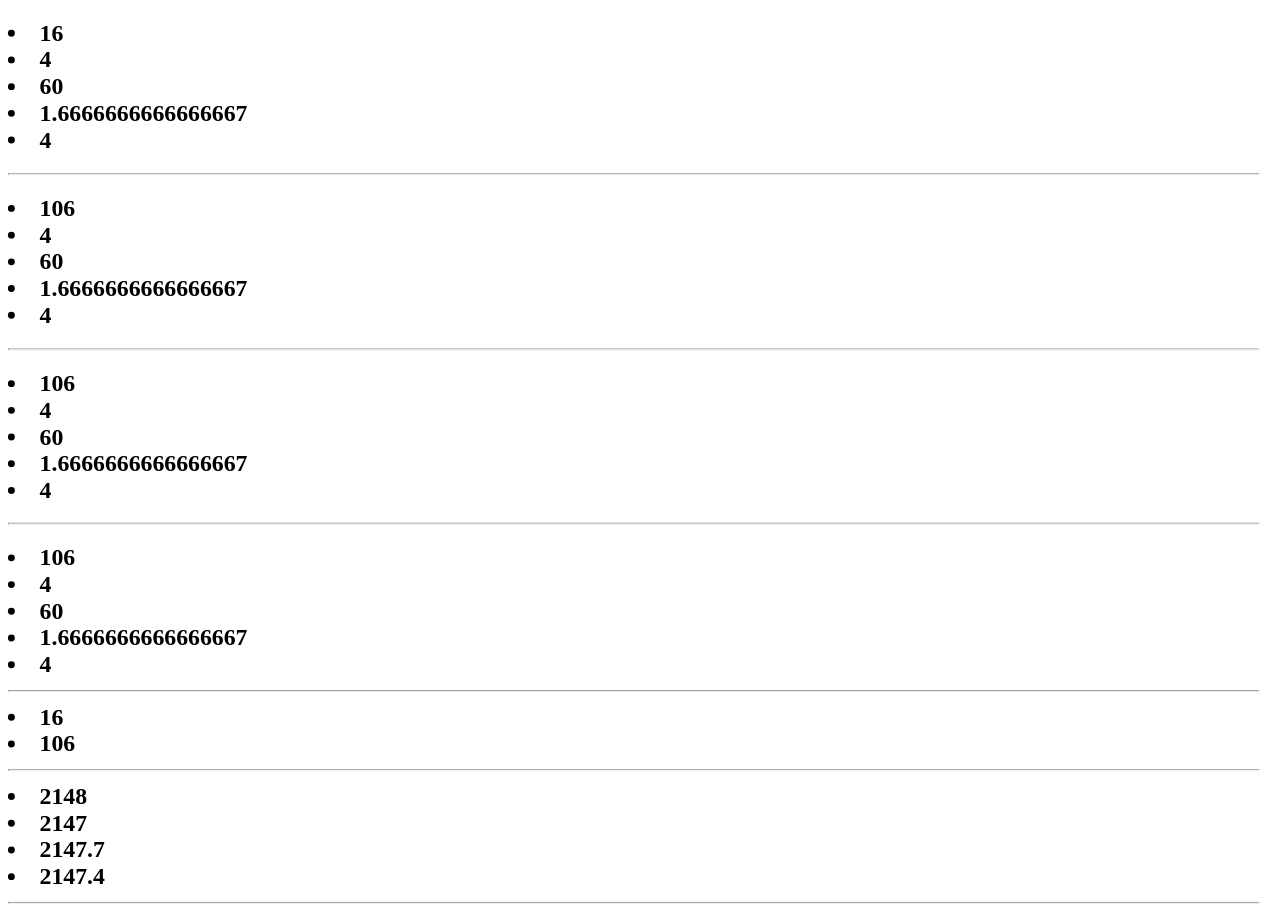
Repository: wjsjsn/23_webstudy
Page: 03_javascript/src/main/webapp/day03/Ex01_number.html
These files come from the project's save history. The page is drawn as it stood at one moment and after the next save; the edit follows.
The browser window is 1280 px wide. The pictures show the whole page, at 99% of full size.

Above is the page before, as saved 2023-06-29 01:22:37.

### 03_javascript/src/main/webapp/day03/Ex01_number.html
<!DOCTYPE html>
<html>
<head>
<meta charset="UTF-8">
<title>Number 클래스</title>
<script type="text/javascript">
	var s1 = 10;
	var s2 = 6;

	document.write("<h2>")
	document.write("<li>" + (s1 + s2) + "</li>")
	document.write("<li>" + (s1 - s2) + "</li>")
	document.write("<li>" + (s1 * s2) + "</li>")
	document.write("<li>" + (s1 / s2) + "</li>")
	document.write("<li>" + (s1 % s2) + "</li>")
	document.write("</h2>")
	document.write("<hr>")

	var s1 = "10";
	var s2 = "6";

	document.write("<h2>")
	document.write("<li>" + (s1 + s2) + "</li>")  // 계산 x, 문자 연결자
	document.write("<li>" + (s1 - s2) + "</li>")  // +를 제외한 다른 연산은 가능
	document.write("<li>" + (s1 * s2) + "</li>")
	document.write("<li>" + (s1 / s2) + "</li>")
	document.write("<li>" + (s1 % s2) + "</li>")
	document.write("</h2>")
	document.write("<hr>")

	var s1 = 10;
	var s2 = "6";

	document.write("<h2>")
	document.write("<li>" + (s1 + s2) + "</li>")  // 계산 x, 문자 연결자
	document.write("<li>" + (s1 - s2) + "</li>")  // +를 제외한 다른 연산은 가능
	document.write("<li>" + (s1 * s2) + "</li>")
	document.write("<li>" + (s1 / s2) + "</li>")
	document.write("<li>" + (s1 % s2) + "</li>")
	document.write("</h2>")
	document.write("<hr>")

	var s1 = "10";
	var s2 = 6;

	document.write("<h2>")
	document.write("<li>" + (s1 + s2) + "</li>")  // 계산 x, 문자 연결자
	document.write("<li>" + (s1 - s2) + "</li>")  // +를 제외한 다른 연산은 가능
	document.write("<li>" + (s1 * s2) + "</li>")
	document.write("<li>" + (s1 / s2) + "</li>")
	document.write("<li>" + (s1 % s2) + "</li>")
	document.write("<hr>")

	// 숫자를 문자열로 변경 : toString()
	s1 = 10;
	s2 = 6;

	document.write("<li>" + (s1 + s2) + "</li>")
	document.write("<li>" + (s1.toString() + s2) + "</li>")
	document.write("<hr>")

	// toFixed(자리 수) : 지정된 소수점 이하 자리 수 작성(반올림), 음수 사용 x
	s1 = 2147.656;
	s2 = 2147.444;

	document.write("<li>" + s1.toFixed(0) + "</li>");  // 2148
	document.write("<li>" + s2.toFixed(0) + "</li>"); // 2147

	document.write("<li>" + s1.toFixed(1) + "</li>");  // 2147.7
	document.write("<li>" + s2.toFixed(1) + "</li>"); // 2147

	document.write("<hr>")
	document.write("</h2>")

</script>
</head>
<body>
</body>
</html>

After the next save:
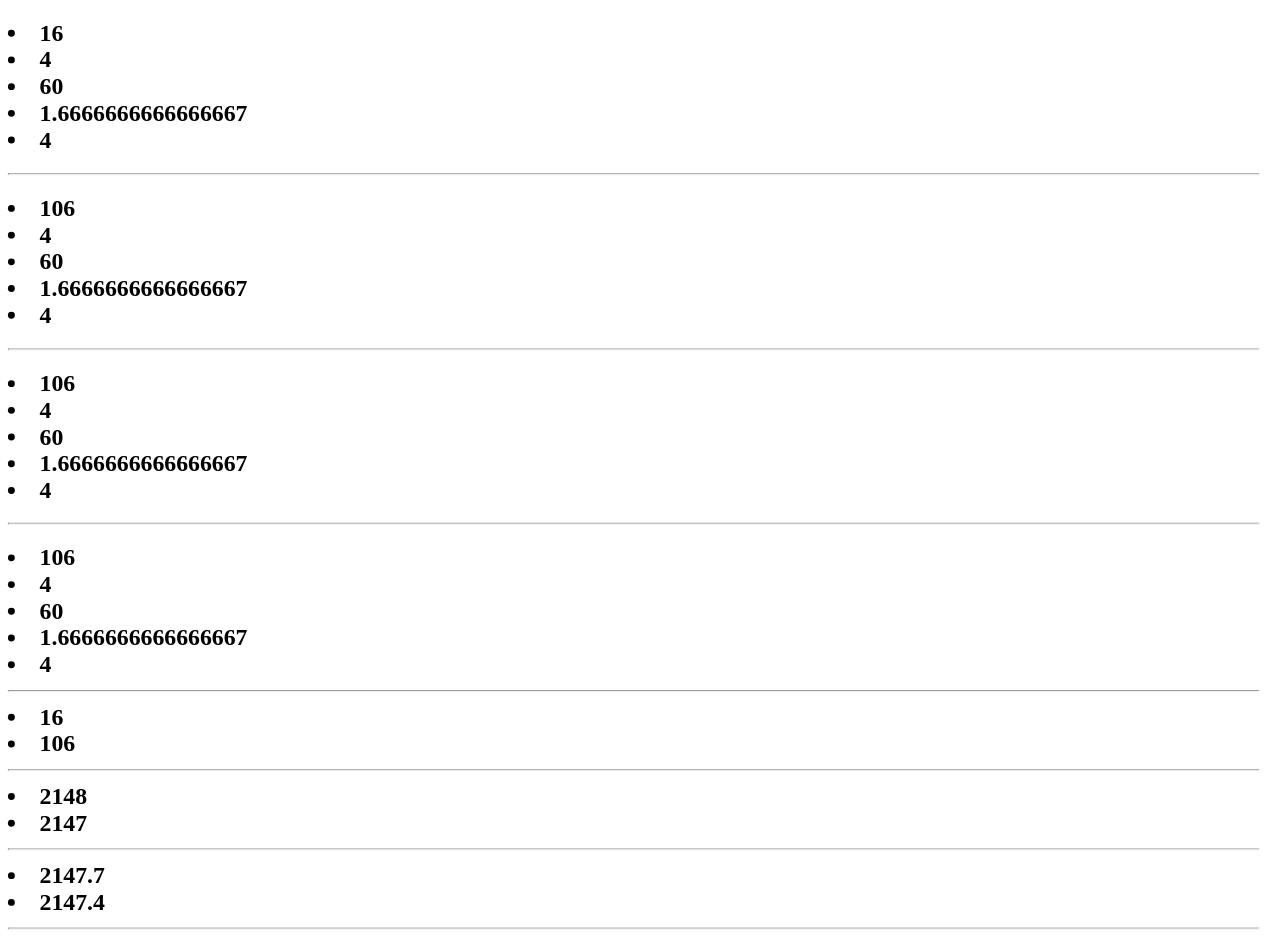
Saved 15 s later.
--- a/03_javascript/src/main/webapp/day03/Ex01_number.html
+++ b/03_javascript/src/main/webapp/day03/Ex01_number.html
@@ -65,11 +65,12 @@
 
 	document.write("<li>" + s1.toFixed(0) + "</li>");  // 2148
 	document.write("<li>" + s2.toFixed(0) + "</li>"); // 2147
+	document.write("<hr>")
 
 	document.write("<li>" + s1.toFixed(1) + "</li>");  // 2147.7
-	document.write("<li>" + s2.toFixed(1) + "</li>"); // 2147
+	document.write("<li>" + s2.toFixed(1) + "</li>"); // 2147.4
+	document.write("<hr>")
 
-	document.write("<hr>")
 	document.write("</h2>")
 
 </script>
